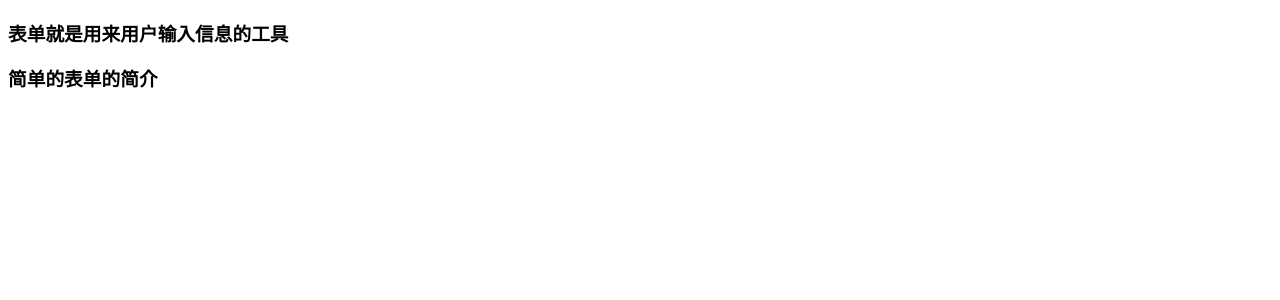
Repository: jarvanstack/vscode
Page: HTML/HTML中From表单.html
An editor plug-in stored every save of this project. The page is shown before and after the next save, followed by the edit.
The browser window is 1280 px wide. The pictures show the whole page.

Above is the page before, as saved 2020-06-11 09:39:03.

### HTML/HTML中From表单.html
<!DOCTYPE html>
<html lang="en">
<head>
    <meta charset="UTF-8">
    <meta name="viewport" content="width=device-width, initial-scale=1.0">
    <title>HTML中From表单</title>
</head>
<body>
    <h3>表单就是用来用户输入信息的工具</h3>
    <h3>简单的表单的简介</h3>

</body>
</html>

After the next save:
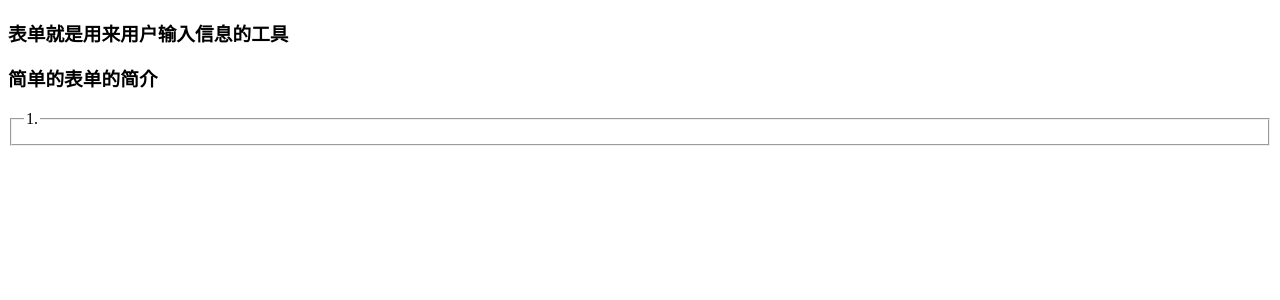
Saved 72 s later.
--- a/HTML/HTML中From表单.html
+++ b/HTML/HTML中From表单.html
@@ -8,6 +8,8 @@
 <body>
     <h3>表单就是用来用户输入信息的工具</h3>
     <h3>简单的表单的简介</h3>
-
+    <fieldset>
+        <legend>1.</legend>
+    </fieldset>
 </body>
 </html>
